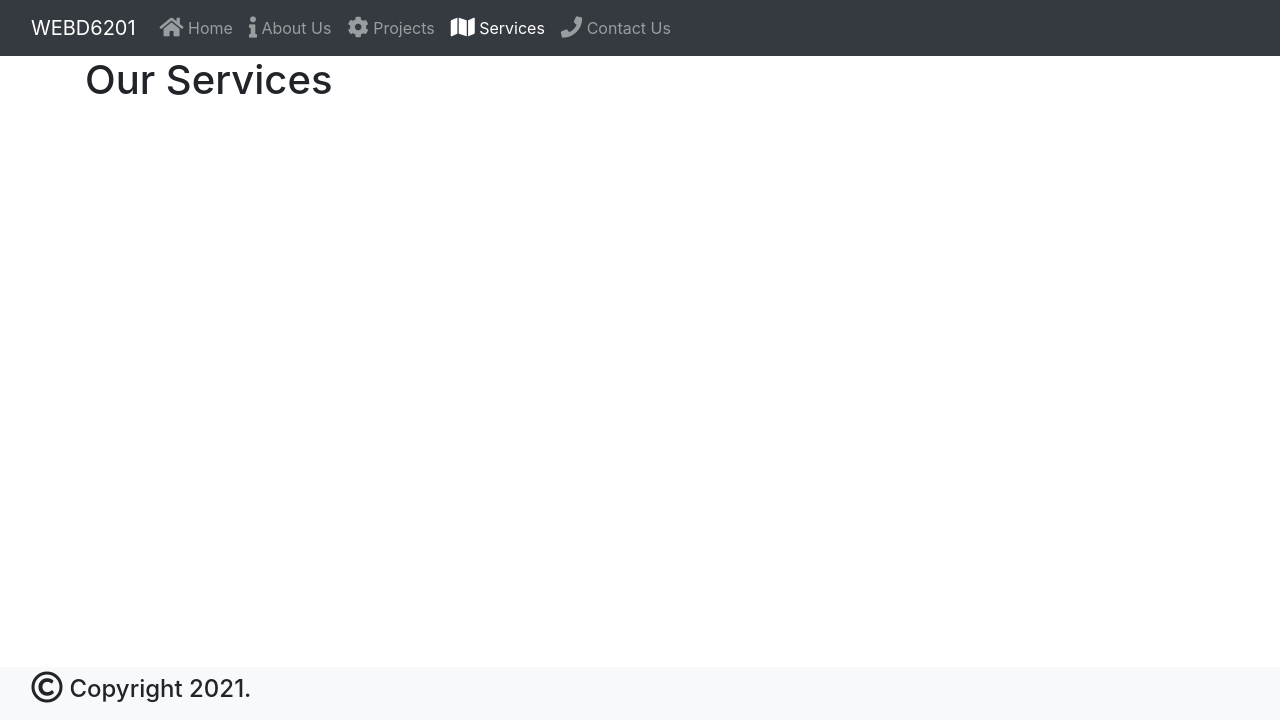
Repository: arbin6ix/ICE-2
Page: services.html
These files come from the project's save history. The page is drawn as it stood at one moment and after the next save; the edit follows.
The browser window is 1280 px wide. The pictures show the whole page.

Above is the page before, as saved 2021-02-05 22:09:07.

### services.html
<!DOCTYPE html>
<html lang="en">
<head>
    <meta charset="UTF-8">
    <meta name="viewport" content="width=device-width, initial-scale=1.0">
    <title>Services</title>
    <!-- CSS Section -->
    <link rel="stylesheet" href="./node_modules/bootstrap/dist/css/bootstrap.min.css">
    <link rel="stylesheet" href="./node_modules/@fortawesome/fontawesome-free/css/all.min.css">
    <link rel="stylesheet" href="./Content/app.css">
</head>
<body>
    <!-- Main Header -->
    <header>
        <!-- Main Navigation -->
        <nav class="navbar navbar-expand-lg navbar-dark bg-dark">
            <div class="container-fluid">
              <a class="navbar-brand" href="index.html">WEBD6201</a>
              <button class="navbar-toggler" type="button" data-bs-toggle="collapse" data-bs-target="#navbarSupportedContent" aria-controls="navbarSupportedContent" aria-expanded="false" aria-label="Toggle navigation">
                <span class="navbar-toggler-icon"></span>
              </button>
              <div class="collapse navbar-collapse" id="navbarSupportedContent">
                <ul class="navbar-nav me-auto mb-2 mb-lg-0">
                  <li class="nav-item">
                    <a class="nav-link" aria-current="page" href="index.html"><i class="fas fa-home fa-lg"></i> Home</a>
                  </li>

                  <li class="nav-item">
                    <a class="nav-link" aria-current="page" href="about.html"><i class="fas fa-info fa-lg"></i> About Us</a>
                  </li>

                  <li class="nav-item">
                    <a class="nav-link" aria-current="page" href="projects.html"><i class="fas fa-cog fa-lg"></i> Projects</a>
                  </li>

                  <li class="nav-item">
                    <a class="nav-link active" aria-current="page" href="services.html"><i class="fas fa-map fa-lg"></i> Services</a>
                  </li>

                  <li class="nav-item">
                    <a class="nav-link" aria-current="page" href="contact.html"><i class="fas fa-phone fa-lg"></i> Contact Us</a>
                  </li>
                </ul>
              </div>
            </div>
          </nav>
    </header>

    <!-- Main Content -->
    <main class="container">
        <h1>Our Services</h1>
    </main>

    <!-- Main Footer -->
    <footer>
        <nav class="navbar fixed-bottom navbar-light bg-light">
            <div class="container-fluid">
              <h4><i class="far fa-copyright fa-lg"></i> Copyright 2021.</h4>
            </div>
          </nav>
    </footer>

    <!-- Script Section-->
    <script src="./node_modules/jquery/dist/jquery.min.js"></script>
    <script src="./node_modules/bootstrap/dist/js/bootstrap.bundle.min.js"></script>
    <script src="./Scripts/app.js"></script>
</body>
</html>

### Scripts/app.js
/* custom JavaScript goes here */

//IIFE - Immediately Invoked Function Expression
//AKA - Anonymous Self-Executing Function
//Closure - limits scope leak

"use strict";
//Contact Class


(function()
{
    function displayHome()
    {
        let paragraphOneText =
          "This is a simple site to demonstrate DOM Manipulation for ICE 2";

        let paragraphOneElement = document.getElementById("paragraphOne");

        paragraphOneElement.textContent = paragraphOneText;
        paragraphOneElement.className = "fs-5";

        // Step 1. document.createElement
        let newParagraph = document.createElement("p");
        // Step 2. configure the element
        newParagraph.setAttribute("id", "paragraphTwo");
        newParagraph.textContent = "...And this is paragraph two";
        // Step 3. select the parent element
        let mainContent = document.getElementsByTagName("main")[0];
        // Step 4. Add / Insert the element
        mainContent.appendChild(newParagraph);

        newParagraph.className = "fs-6";

        // another way of injecting content
        let paragraphDiv = document.createElement("div");
        let paragraphThree = `<p id="paragraphThree" class="fs-7 fw-bold">And this is the Third Paragraph</p>`;
        paragraphDiv.innerHTML = paragraphThree;

        // insertions

        // example of inserting before a node
        //newParagraph.before(paragraphDiv);

        // example of inserting after a node
        newParagraph.after(paragraphDiv);

        // deletions

        // example of removing a single element
        //paragraphOneElement.remove();

        // example of removeChild
        mainContent.removeChild(paragraphOneElement);

        // update / modification
        //mainContent.firstElementChild.textContent = "Welcome Home!";

        mainContent.innerHTML = `<h1 id="firstHeading">Welcome to WEBD6201 - Lab 1</h1>
         <p id="paragraphOne" class="fs-3 fw-bold">This is my first Paragraph</p>
        `;

    }

    function displayAbout()
    {

    }

    function displayProjects()
    {

    }

    function displayServices()
    {

    }

    function displayContact()
    {
        let messageArea = document.getElementById("messageArea");
        messageArea.hidden = true;

        // form validation
        let fullName = document.getElementById("fullName");
        fullName.addEventListener("blur", function() {
            if(fullName.value.length < 2)
            {
                fullName.focus();
                fullName.select();
                messageArea.hidden = false;
                messageArea.className = "alert alert-danger";
                messageArea.textContent = "Please enter an appropriate Name";
            }
            else
            {
                messageArea.removeAttribute("class");
                messageArea.hidden = true;
            }
        });

        let sendButton = document.getElementById("sendButton");
        sendButton.addEventListener("click", function(event){
            //event.preventDefault();


            let contact = new Contact(fullName.value, contactNumber.value, emailAddress.value);
              localStorage.setItem((localStorage.length + 1).toString(), contact.serialize());







        });
    }

    function displayContactList()
    {
      if (localStorage.length > 0)
      {
        let contactList = document.getElementById("contactList");

        let data = "";

        for (let index = 0; index < localStorage.length; index++)
        {
          let contactData = localStorage.getItem((index + 1).toString());

          let contact = new Contact();
          contact.deserialize(contactData);

          data += `<tr>
          <th scope="row">${index + 1}</th>
          <td>${contact.FullName}</td>
          <td>${contact.ContactNumber}</td>
          <td>${contact.EmailAddress}</td>
        </tr>`;
        }

        contactList.innerHTML = data;
      }
    }



    function Start()
    {
        console.log("App Started...");

        switch (document.title)
        {
          case "Home":
              displayHome();
            break;
          case "About":
              displayAbout();
            break;
          case "Projects":
              displayProjects();
            break;
          case "Services":
              displayServices();
            break;
          case "Contact":
              displayContact();
            break;
          case "Contact-List":
            displayContactList();
          break;
        }

    }

    window.addEventListener("load", Start);

})();

Loaded but not shown: node_modules/bootstrap/dist/css/bootstrap.min.css (library); node_modules/@fortawesome/fontawesome-free/css/all.min.css (library); Content/app.css (common file); node_modules/jquery/dist/jquery.min.js (library); node_modules/bootstrap/dist/js/bootstrap.bundle.min.js (library)

After the next save:
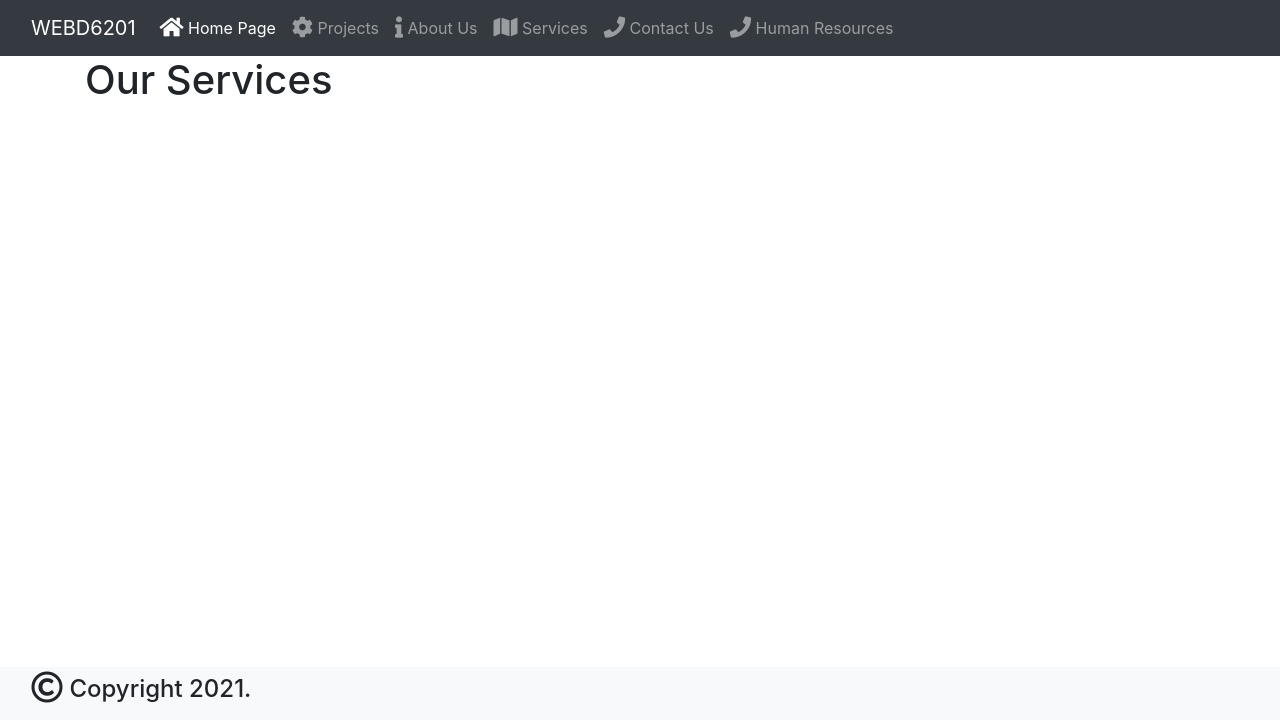
Saved 65 s later.
--- a/services.html
+++ b/services.html
@@ -14,38 +14,41 @@
     <header>
         <!-- Main Navigation -->
         <nav class="navbar navbar-expand-lg navbar-dark bg-dark">
-            <div class="container-fluid">
-              <a class="navbar-brand" href="index.html">WEBD6201</a>
-              <button class="navbar-toggler" type="button" data-bs-toggle="collapse" data-bs-target="#navbarSupportedContent" aria-controls="navbarSupportedContent" aria-expanded="false" aria-label="Toggle navigation">
-                <span class="navbar-toggler-icon"></span>
-              </button>
-              <div class="collapse navbar-collapse" id="navbarSupportedContent">
-                <ul class="navbar-nav me-auto mb-2 mb-lg-0">
-                  <li class="nav-item">
-                    <a class="nav-link" aria-current="page" href="index.html"><i class="fas fa-home fa-lg"></i> Home</a>
-                  </li>
+          <div class="container-fluid">
+            <a class="navbar-brand" href="services.html">WEBD6201</a>
+            <button class="navbar-toggler" type="button" data-bs-toggle="collapse" data-bs-target="#navbarSupportedContent" aria-controls="navbarSupportedContent" aria-expanded="false" aria-label="Toggle navigation">
+              <span class="navbar-toggler-icon"></span>
+            </button>
+            <div class="collapse navbar-collapse" id="navbarSupportedContent";>
+              <ul class="navbar-nav me-auto mb-2 mb-lg-0">
+                <li class="nav-item">
+                  <a class="nav-link active" aria-current="page" href="index.html"><i class="fas fa-home fa-lg"></i> Home Page</a>
+                </li>
 
-                  <li class="nav-item">
-                    <a class="nav-link" aria-current="page" href="about.html"><i class="fas fa-info fa-lg"></i> About Us</a>
-                  </li>
+                <li class="nav-item">
+                  <a class="nav-link" aria-current="page" href="projects.html"><i class="fas fa-cog fa-lg"></i> Projects</a>
+                </li>
 
-                  <li class="nav-item">
-                    <a class="nav-link" aria-current="page" href="projects.html"><i class="fas fa-cog fa-lg"></i> Projects</a>
-                  </li>
+                <li class="nav-item">
+                  <a class="nav-link" aria-current="page" href="about.html"><i class="fas fa-info fa-lg"></i> About Us</a>
+                </li>
 
-                  <li class="nav-item">
-                    <a class="nav-link active" aria-current="page" href="services.html"><i class="fas fa-map fa-lg"></i> Services</a>
-                  </li>
+                <li class="nav-item">
+                  <a class="nav-link" aria-current="page" href="services.html"><i class="fas fa-map fa-lg"></i> Services</a>
+                </li>
 
-                  <li class="nav-item">
-                    <a class="nav-link" aria-current="page" href="contact.html"><i class="fas fa-phone fa-lg"></i> Contact Us</a>
-                  </li>
-                </ul>
-              </div>
+                <li class="nav-item">
+                  <a class="nav-link" aria-current="page" href="contact.html"><i class="fas fa-phone fa-lg"></i> Contact Us</a>
+                </li>
+
+                <li class="nav-item">
+                  <a class="nav-link" aria-current="page" href="human-resources.html"><i class="fas fa-phone fa-lg"></i> Human Resources</a>
+                </li>
+              </ul>
             </div>
-          </nav>
-    </header>
-
+          </div>
+        </nav>
+  </header>
     <!-- Main Content -->
     <main class="container">
         <h1>Our Services</h1>
